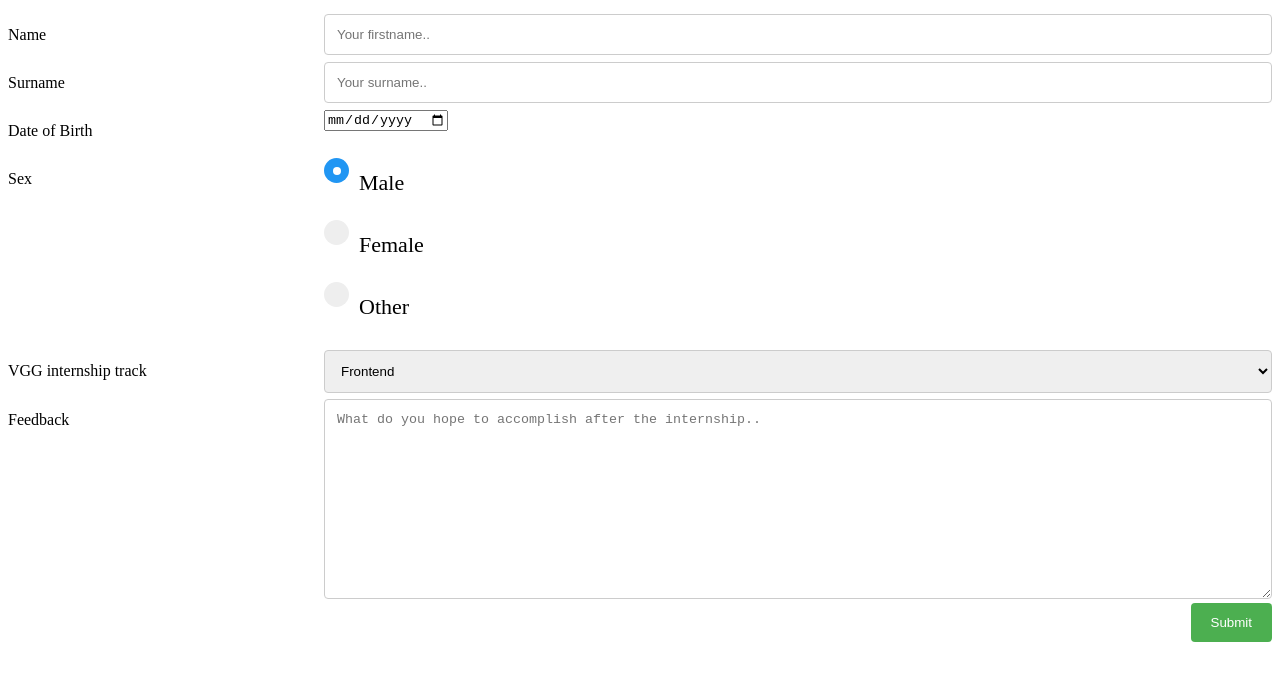
Repository: iphyokafor/VGG-Feedback-form
Page: index2.html
An editor plug-in stored every save of this project. The page is shown before and after the next save, followed by the edit.
The browser window is 1280 px wide. The pictures show the whole page.

Above is the page before, as saved 2020-01-12 23:55:23.

### index2.html
<!DOCTYPE html>
<html lang="en">

<head>
    <meta charset="UTF-8">
    <meta name="viewport" content="width=device-width, initial-scale=1.0">
    <meta http-equiv="X-UA-Compatible" content="ie=edge">
    <title>VGG feedback form</title>
    <link rel="stylesheet" href="./main.css">
</head>

<body>
    <div>
        <form action="action_page.php">
            <div class="row">
                <div class="col-25">
                    <label for="name">Name</label>
                </div>
                <div class="col-75">
                    <input type="text" id="name" name="name" placeholder="Your firstname..">
                </div>
            </div>
            <div class="row">
                <div class="col-25">
                    <label for="surname">Surname</label>
                </div>
                <div class="col-75">
                    <input type="text" id="surname" name="surname" placeholder="Your surname..">
                </div>
            </div>
            <div class="row">
                <div class="col-25">
                    <label for="dob">Date of Birth</label>
                </div>
                <div class="col-75">
                    <input type="date" id="date" name="date">
                </div>
            </div>
            <div class="row">
                <div class="col-25">
                    <label for="sex">Sex</label>
                </div>
                <div class="col-75">
                    <!-- <input type="radio" name="gender">Male<br>
                    <input type="radio" name="gender">Female<br>
                    <input type="radio" name="gender">Other -->
                    <label class="lbl">Male
                      <input type="radio" checked="checked">
                      <span class="checkmark"></span>
                    </label>

                    <label class="lbl">Female
                      <input type="radio">
                      <span class="checkmark"></span>
                    </label>

                    <label class="lbl">Other
                      <input type="radio">
                      <span class="checkmark"></span>
                    </label>

                </div>
            </div>
            <div class="row">
                <div class="col-25">
                    <label for="VGG internship">VGG internship track</label>
                </div>
                <div class="col-75">
                    <select id="VGG internship" name="VGG">
            <option value="frontend">Frontend</option>
            <option value="backend">Backend</option>
            <option value="ui/ux">UI/UX</option>
            <option value="software">Software Quality Assurance</option>
            <option value="devops">DevOps</option>
          </select>
                </div>
            </div>
            <div class="row">
                <div class="col-25">
                    <label for="feedback">Feedback</label>
                </div>
                <div class="col-75">
                    <textarea id="feedback" name="feedback" placeholder="What do you hope to accomplish after the internship.." style="height:200px"></textarea>
                </div>
            </div>
            <div class="row">
                <input type="submit" value="Submit">
            </div>
        </form>
    </div>

</body>

</html>

### main.css
/* Style inputs, select elements and textareas */

input[type=text],
select,
textarea {
    width: 100%;
    padding: 12px;
    border: 1px solid #ccc;
    border-radius: 4px;
    box-sizing: border-box;
    resize: vertical;
}


/* Style the label to display next to the inputs */

label {
    padding: 12px 12px 12px 0;
    display: inline-block;
}


/* Style the submit button */

input[type=submit] {
    background-color: #4CAF50;
    color: white;
    padding: 12px 20px;
    border: none;
    border-radius: 4px;
    cursor: pointer;
    float: right;
}


/* Style the container */

.container {
    border-radius: 5px;
    background-color: #f2f2f2;
    padding: 20px;
}


/* Floating column for labels: 25% width */

.col-25 {
    float: left;
    width: 25%;
    margin-top: 6px;
}


/* Floating column for inputs: 75% width */

.col-75 {
    float: left;
    width: 75%;
    margin-top: 6px;
}


/* Clear floats after the columns */

.row:after {
    content: "";
    display: table;
    clear: both;
}


/* Responsive layout - when the screen is less than 600px wide, make the two columns stack on top of each other instead of next to each other */

@media screen and (max-width: 600px) {
    .col-25,
    .col-75,
    input[type=submit] {
        width: 100%;
        margin-top: 0;
    }
}

.lbl {
    display: block;
    position: relative;
    padding-left: 35px;
    margin-bottom: 12px;
    cursor: pointer;
    font-size: 22px;
    -webkit-user-select: none;
    -moz-user-select: none;
    -ms-user-select: none;
    user-select: none;
}


/* Hide the browser's default radio button */

.lbl input {
    position: absolute;
    opacity: 0;
    cursor: pointer;
    height: 0;
    width: 0;
}


/* Create a custom radio button */

.checkmark {
    position: absolute;
    top: 0;
    left: 0;
    height: 25px;
    width: 25px;
    background-color: #eee;
    border-radius: 50%;
}


/* On mouse-over, add a grey background color */

.lbl:hover input~.checkmark {
    background-color: #ccc;
}


/* When the radio button is checked, add a blue background */

.lbl input:checked~.checkmark {
    background-color: #2196F3;
}


/* Create the indicator (the dot/circle - hidden when not checked) */

.checkmark:after {
    content: "";
    position: absolute;
    display: none;
}


/* Show the indicator (dot/circle) when checked */

.lbl input:checked~.checkmark:after {
    display: block;
}


/* Style the indicator (dot/circle) */

.lbl .checkmark:after {
    top: 9px;
    left: 9px;
    width: 8px;
    height: 8px;
    border-radius: 50%;
    background: white;
}

After the next save:
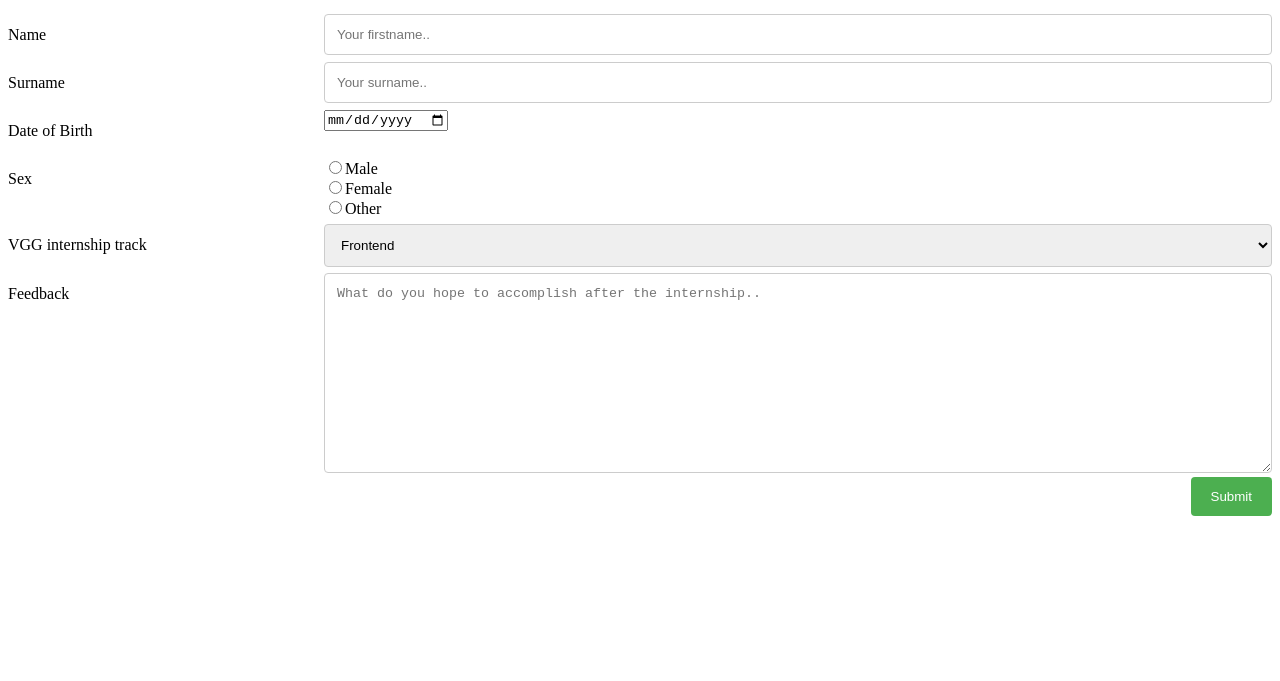
Saved 7 min 34 s later.
--- a/index2.html
+++ b/index2.html
@@ -41,24 +41,9 @@
                     <label for="sex">Sex</label>
                 </div>
                 <div class="col-75">
-                    <!-- <input type="radio" name="gender">Male<br>
+                    <input type="radio" name="gender">Male<br>
                     <input type="radio" name="gender">Female<br>
-                    <input type="radio" name="gender">Other -->
-                    <label class="lbl">Male
-                      <input type="radio" checked="checked">
-                      <span class="checkmark"></span>
-                    </label>
-
-                    <label class="lbl">Female
-                      <input type="radio">
-                      <span class="checkmark"></span>
-                    </label>
-
-                    <label class="lbl">Other
-                      <input type="radio">
-                      <span class="checkmark"></span>
-                    </label>
-
+                    <input type="radio" name="gender">Other
                 </div>
             </div>
             <div class="row">
